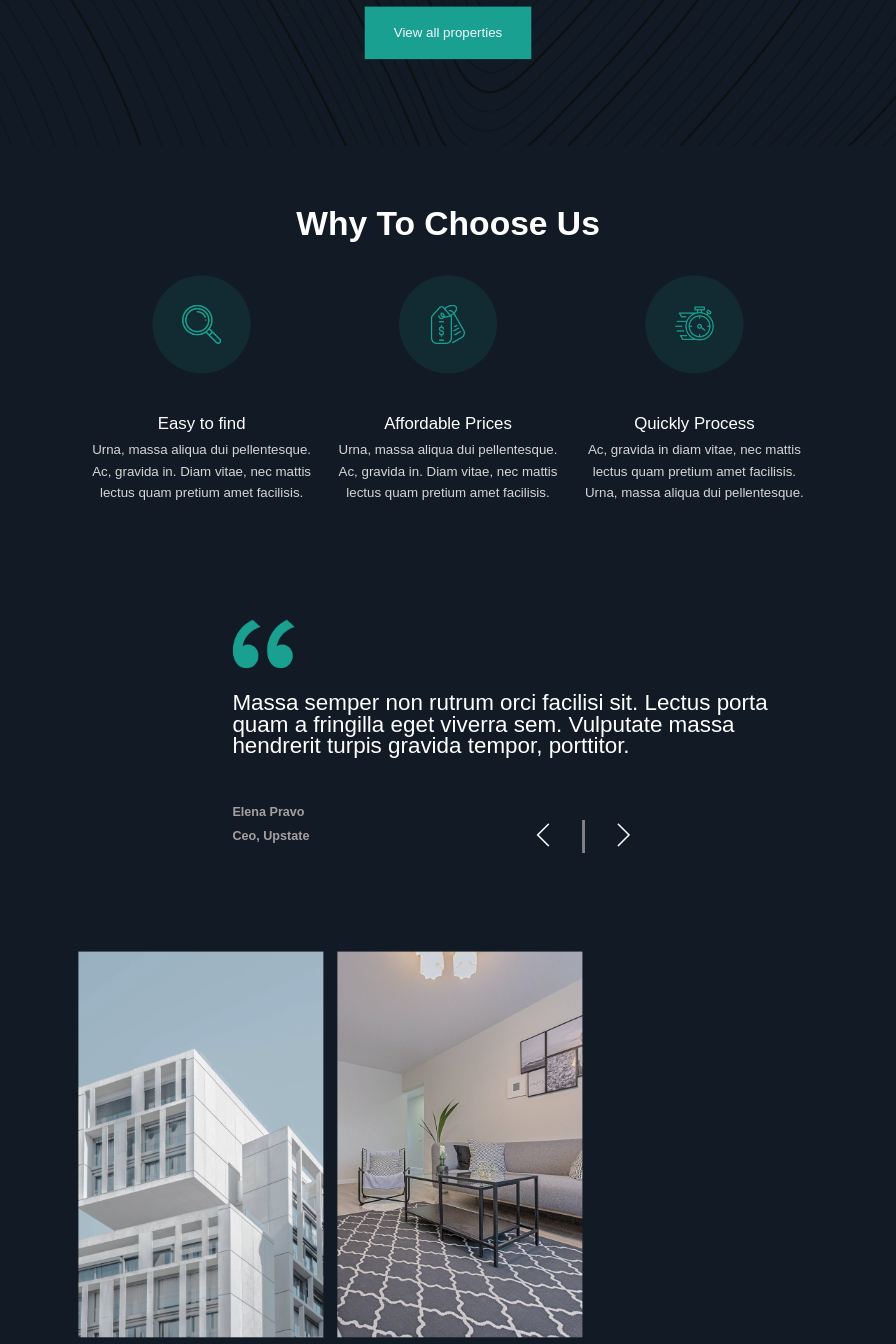
Repository: tung1233hhhhhhhhhhhhh/WebClone-Home
Page: index.html
The author's editor kept a copy of each file at every save. The page is drawn from the files as they stood at one save, then again after the next save.
The browser window is 1280 px wide. The pictures show the part of the page from y = 1858 to 3778 px (the page is 3778 px tall before and 3713 px after), at 70% of full size.

Above is the page before, as saved 2023-05-24 12:45:02.

After the next save:
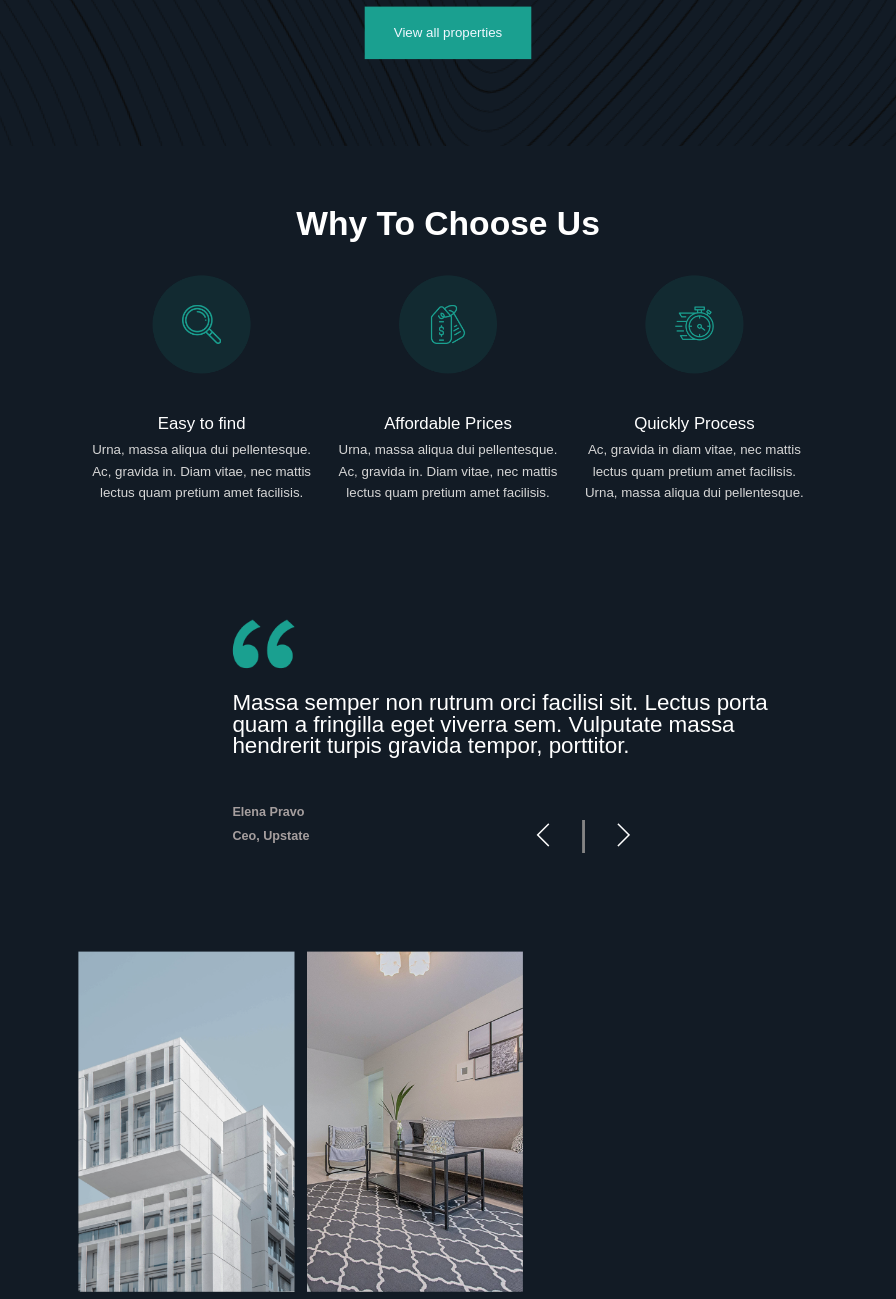
Saved 97 s later.
--- a/assets/css/main.css
+++ b/assets/css/main.css
@@ -478,5 +478,7 @@ body {
 
 #help .help-main .help-img>img {
     background-size: cover;
+    height: 486px;
+
     background-position: center;
 }
